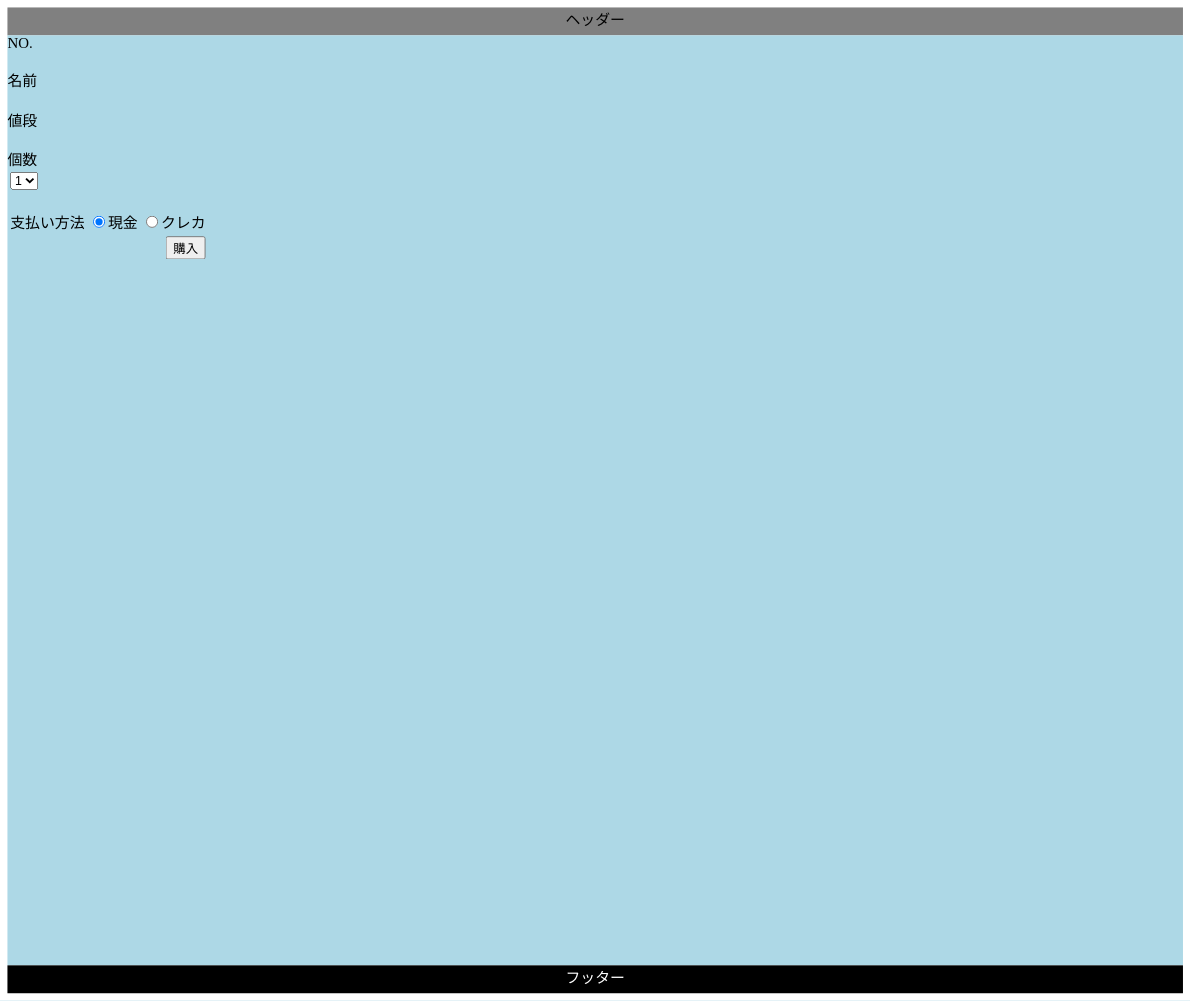
Repository: kousuke-2047/test
Page: http://localhost/Rensyu/buyItem.jsp
The author's editor kept a copy of each file at every save. The page is drawn from the files as they stood at one save, then again after the next save.
The browser window is 1280 px wide. The pictures show the whole page, at 93% of full size.
The page is served by Tomcat 9.

Above is the page before, as saved 2018-06-05 07:04:48.

After the next save:
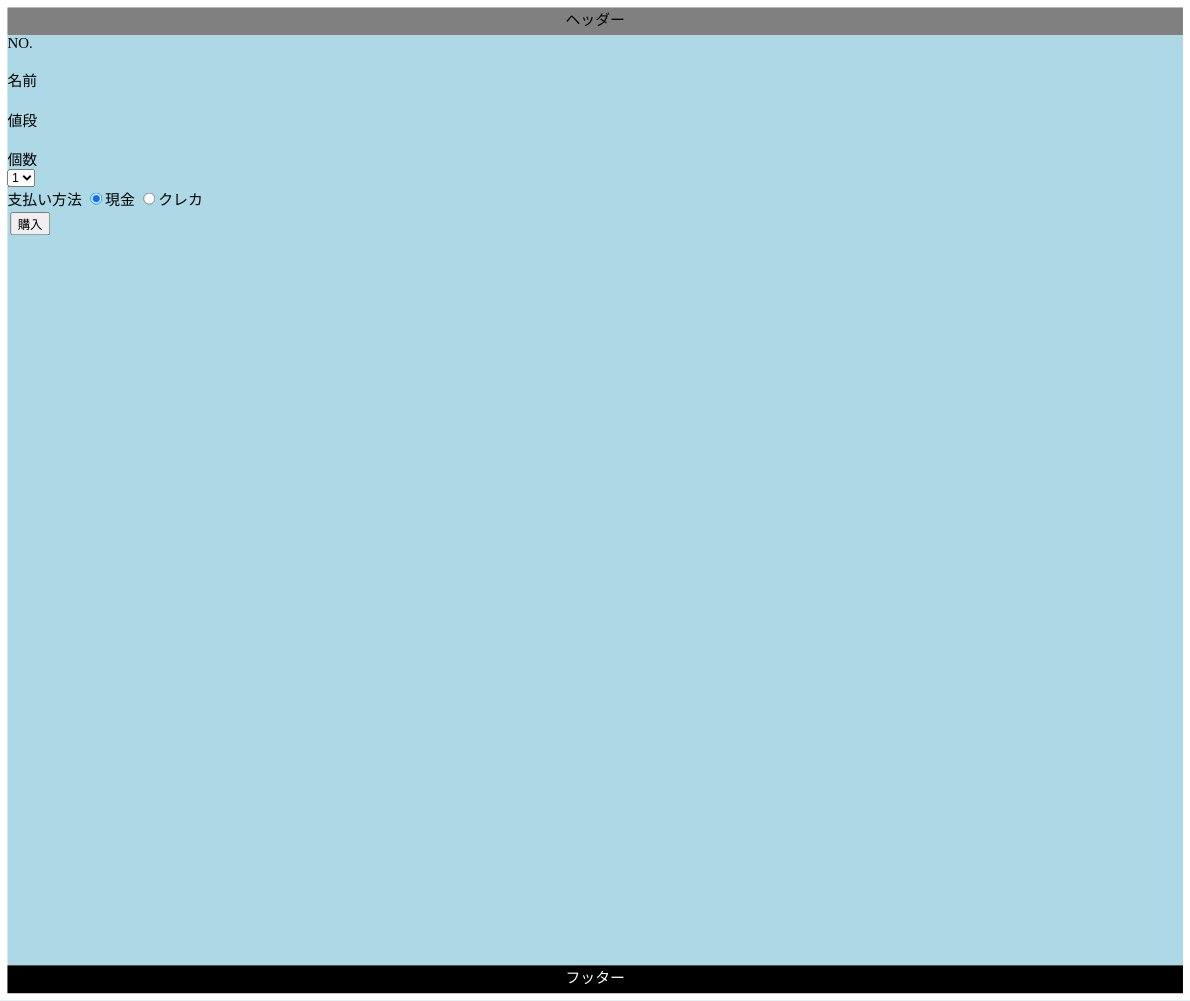
Saved 89 s later.
--- a/Rensyu/WebContent/buyItem.jsp
+++ b/Rensyu/WebContent/buyItem.jsp
@@ -64,9 +64,7 @@ footer{
 		<s:property value = "session.ItemPrice"/>
 		<br>
 		個数<br>
-		<table>
-		<tr>
-		<td>
+
 		<select name ="count">
 			<option value ="1" selected="selected">1</option>
 			<option value ="2">2</option>
@@ -74,18 +72,14 @@ footer{
 			<option value ="4">4</option>
 			<option value ="5">5</option>
 		</select>
-		</td>
-		</tr>
-		<tr>
-		<td>
+
 		<br>
 		支払い方法
 		<input type="radio" name="pay" value="1" checked = "checked">現金
 		<input type="radio" name="pay" value="2">クレカ
-		</td>
-		</tr>
+
 		<s:submit value="購入"/>
-		</table>
+
 	</s:form>
 
 	</div>
